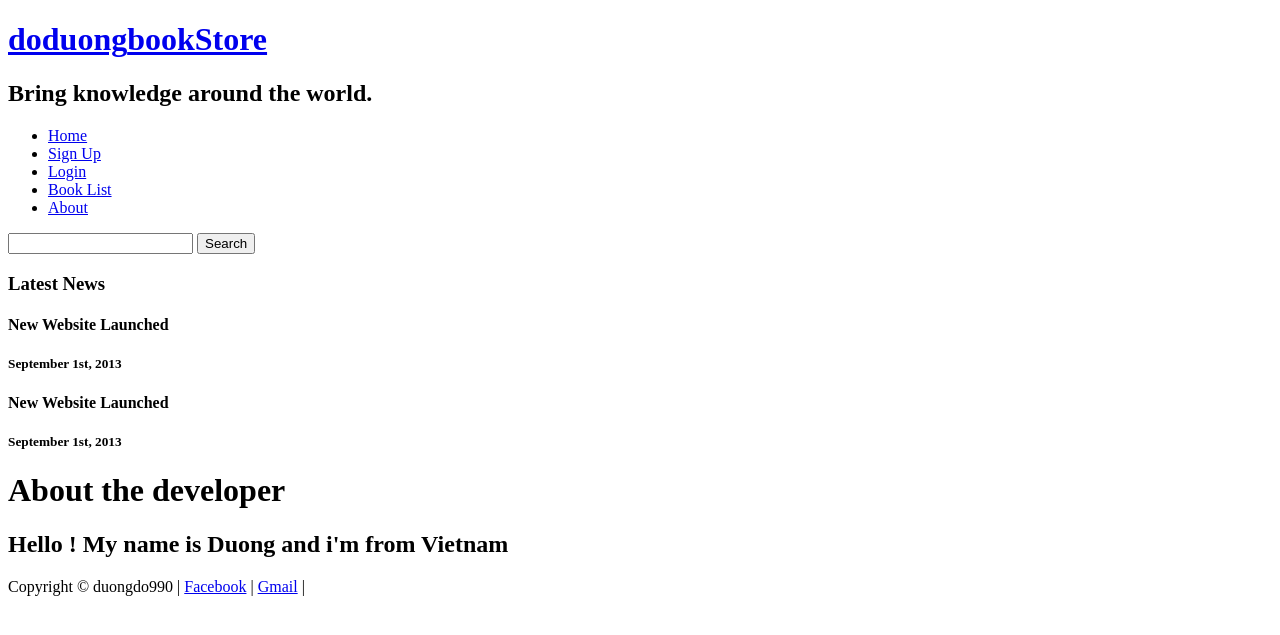
Repository: ngttuyen/JavaWeb
Page: http://localhost/MyWebsite/about.jsp
The author's editor kept a copy of each file at every save. The page is drawn from the files as they stood at one save, then again after the next save.
The browser window is 1280 px wide. The pictures show the whole page.
The page is served by Tomcat 9. Other server files are loaded and not shown.

Above is the page before, as saved 2019-06-02 15:05:22.

### MyWebsite/WebContent/about.jsp
<%@page contentType="text/html" pageEncoding="utf-8"%>
<%@ include file="includes/head.jsp"%>
<body>
	<div id="main">
		<div id="header">
			<div id="logo">
				<div id="logo_text">
					<!-- class="logo_colour", allows you to change the colour of the text -->
					<h1>
						<a href="index.jsp">doduong<span class="logo_colour">bookStore</span></a>
					</h1>
					<h2>Bring knowledge around the world.</h2>
				</div>
			</div>
			<div id="menubar">
				<ul id="menu">
					<!-- put class="selected" in the li tag for the selected page - to highlight which page you're on -->
					<li><a href="home">Home</a></li>
					<li><a href="signup">Sign Up</a></li>
					<li><a href="login">Login</a></li>
					<li><a href="book">Book List</a></li>
					<li class="selected"><a href="about">About</a></li>
				</ul>
				<form method="get" action="" id="searchForm">
					<input type="text" name="search" id="search-input" class="styled-input">
					<button class="button">Search</button>
				</form>
			</div>
		</div>
		<div id="site_content">
			<%@ include file="/includes/sidebar.jsp"%>
			<div id="content">
			<!-- -------------------------your code here---------------------- --->
			<h1>About the developer</h1>
			<h2>Hello ! My name is Duong and i'm from Vietnam</h2>








			<!-- -------------------------your code here---------------------- --->
			</div>
		</div>
		<div id="footer">
			<!---footer here --->
			<%@ include file="/includes/footer.jsp"%>
		</div>
	</div>
</body>
</html>

### MyWebsite/WebContent/includes/sidebar.jsp
<%@page contentType="text/html" pageEncoding="utf-8"%>
<%@page import="controller.ProcessLogin"%>
<div class="sidebar">
	<!-- insert your sidebar items here -->
	<h3>Latest News</h3>
	<h4>New Website Launched</h4>
	<h5>September 1st, 2013</h5>
	<p></p>
	<h4>New Website Launched</h4>
	<h5>September 1st, 2013</h5>
</div>

### MyWebsite/WebContent/includes/footer.jsp
<%@page contentType="text/html" pageEncoding="utf-8"%>
<div id="footer">
	Copyright &copy; duongdo990 | <a
		href="#">Facebook</a> | <a
		href="#">Gmail</a> |
</div>
</div>

### MyWebsite/WebContent/includes/head.jsp
<%@page contentType="text/html" pageEncoding="utf-8" %>
<!doctype html>
<html>

<head>
  <title>doduong's BookStore</title>
  <meta name="description" content="website description" />
  <meta name="keywords" content="website keywords, website keywords" />
  <meta http-equiv="content-type" content="text/html; charset=windows-1252" />
  <link rel="stylesheet"href="styles/style.css" title="style">
</head>

Loaded but not shown: MyWebsite/MyWebsite/styles/style.css (no stored copy; drawn as an empty file)

After the next save:
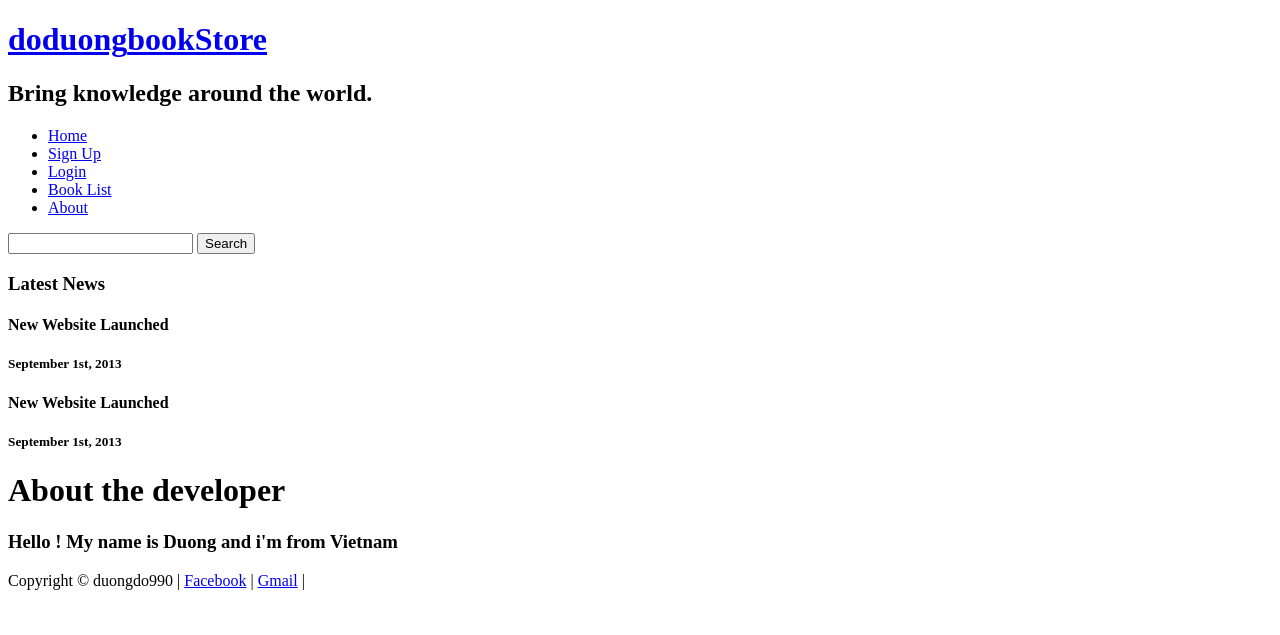
Saved 17 s later.
--- a/MyWebsite/WebContent/about.jsp
+++ b/MyWebsite/WebContent/about.jsp
@@ -32,7 +32,7 @@
 			<div id="content">
 			<!-- -------------------------your code here---------------------- --->
 			<h1>About the developer</h1>
-			<h2>Hello ! My name is Duong and i'm from Vietnam</h2>
+			<h3>Hello ! My name is Duong and i'm from Vietnam</h3>
 
 
 
